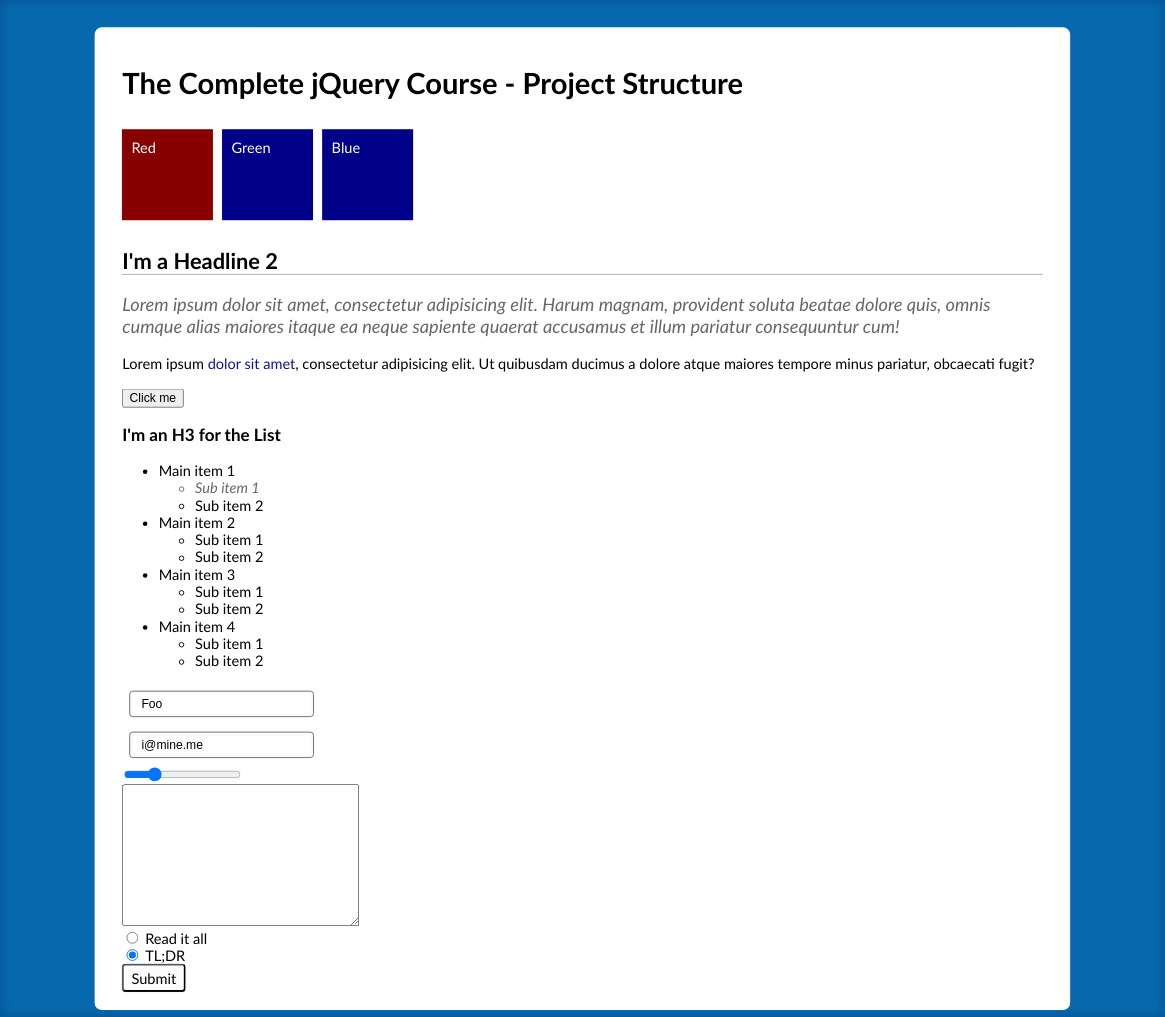
Repository: vpriyankaprabhu/Jquery-examples
Page: 06/click/index.html
The author's editor kept a copy of each file at every save. The page is drawn from the files as they stood at one save, then again after the next save.
The browser window is 1280 px wide. The pictures show the whole page, at 91% of full size.

Above is the page before, as saved 2024-12-30 15:22:51.

After the next save:
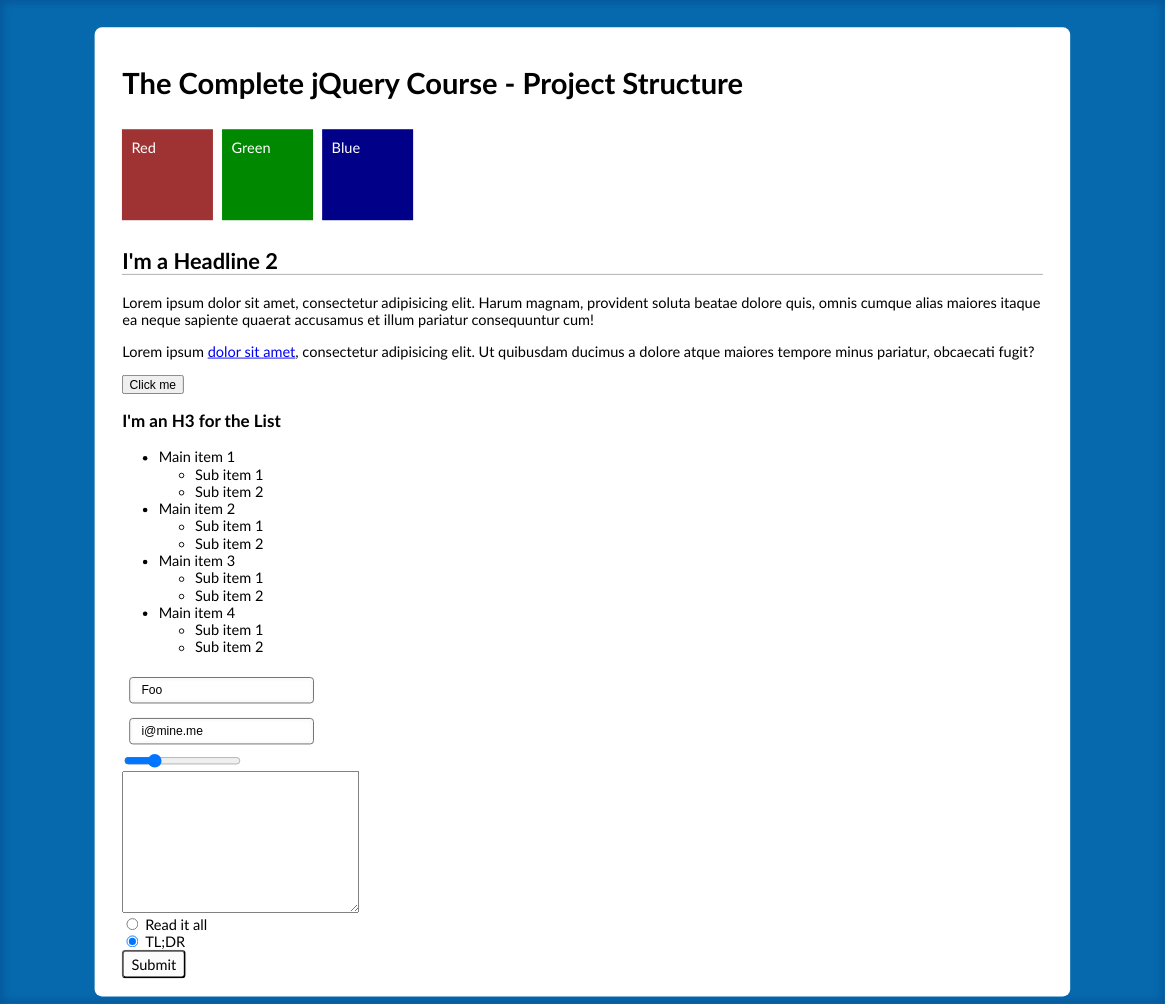
Saved 12 s later.
--- a/06/click/js/script.js
+++ b/06/click/js/script.js
@@ -1,39 +1,24 @@
 $(function () {
 
-  // Additional CSS classes can be added to an element via addClass()
-
-  // For instance, add the class .fancy-link to all anchor tags.
-  // Note that you *do not* add a dot in front of the class name here.
-  $("a").addClass("fancy-link");
-
-  // You can also add multiple classes at once.
-  $("p:first").addClass("large emphasize");
-
-  // To attach a class based on the index of the element in your selected
-  // set of elements, you can use a callback function.
-  $("li li").addClass(function(index) {
-    // This adds classes .item-0, .item-1, ... to the list's sub-items.
-    $(this).addClass("item-" + index);
+  // Click handler can be attached by passing a callback function to the click()
+  // function. Whatever code you write into the callback function is then
+  // executed whenever the user clicks the element.
+  // You can add a parameter to the callback to retrieve additional info about
+  // the event. Accordingly, we call the parameter "event".
+  $("#btn-click").click(function(event) {
+    console.log(event);
+    alert("Thanks for clicking me!");
   });
 
-  // You can even use two parameters for the callback function, the index
-  // and the current class of the element.
-  $("div").addClass(function(index, currentClasses) {
-    console.log(currentClasses);  // String containing all classes
-
-    // Add .red-box if the current classes contain "dummy"
-    if (currentClasses.indexOf("dummy") !== -1) {
-      return "red-box";
-    }
+  // As always in jQuery, inside the callback, you can refer to the element
+  // as $(this).
+  $(".red-box").click(function() {
+    var currentOpacity = $(this).css("opacity");
+    $(this).fadeTo(500, currentOpacity - 0.2);
   });
 
-  // You can again chain these calls to switch one class for another.
-  $(".green-box").removeClass("green-box").addClass("blue-box");
+  // You can even simulate click events on the element by calling click()
+  // without any arguments.
+  $(".red-box").click();
 
-  // To quickly toggle one particular CSS class, use toggleClass().
-  $("li li:first").toggleClass("emphasize");
-
-
-  $(".dummy").removeClass("dummy").addClass("green-box")
-  //$(".clear").removeClass("clear").addClass("red-box")
 });
